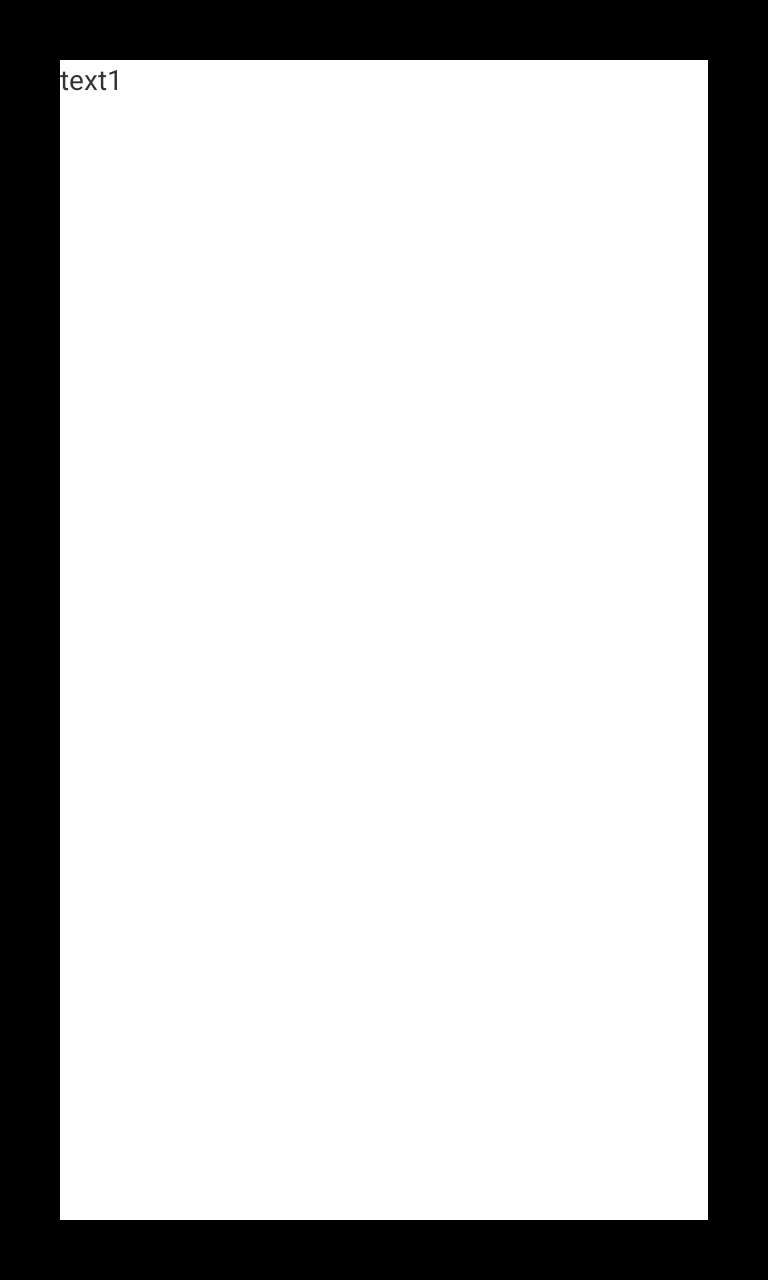
Repository: Minsu-Daniel-Kim/tipinboard1.0
Layout: FlipAnimation/res/layout/activity_main.xml
These files come from the project's save history. The layout is drawn as it stood at one moment and after a run of saves; the edit follows.
It is drawn on a 768 x 1280 px phone screen (xhdpi) without system bars, with theme AppTheme; the app's code is not run.

Above is the layout before, as saved 2013-04-16 07:28:45.

### FlipAnimation/res/layout/activity_main.xml
<ViewFlipper xmlns:android="http://schemas.android.com/apk/res/android"
    xmlns:tools="http://schemas.android.com/tools"
    android:id="@+id/viewFlipper"
    android:layout_width="fill_parent"
    android:layout_height="fill_parent"
    android:background="#000000"
    android:clickable="true"
    android:padding="30dp" >

    <TextView
        android:layout_width="fill_parent"
        android:background="#ffffff"
        android:layout_height="fill_parent"
        android:text="text1" />
   <TextView
        android:layout_width="fill_parent"
         android:background="#ff00ff"
        android:layout_height="fill_parent"
        android:text="text2" />
    <!-- <com.example.flipanimation.Fragment1 -->
    <!-- android:name="com.example.flipanimation.Fragment1" -->
    <!-- android:layout_width="fill_parent" -->
    <!-- android:layout_height="fill_parent" /> -->


    <!-- <com.example.flipanimation.Fragment2 -->
    <!-- android:name="com.example.flipanimation.Fragment1" -->
    <!-- android:layout_width="fill_parent" -->
    <!-- android:layout_height="fill_parent" /> -->

</ViewFlipper>

Loaded but not shown: FlipAnimation/res/values-v11/styles.xml (common file); FlipAnimation/res/values-v14/styles.xml (common file); FlipAnimation/res/values/styles.xml (common file)

After the next 3 saves:
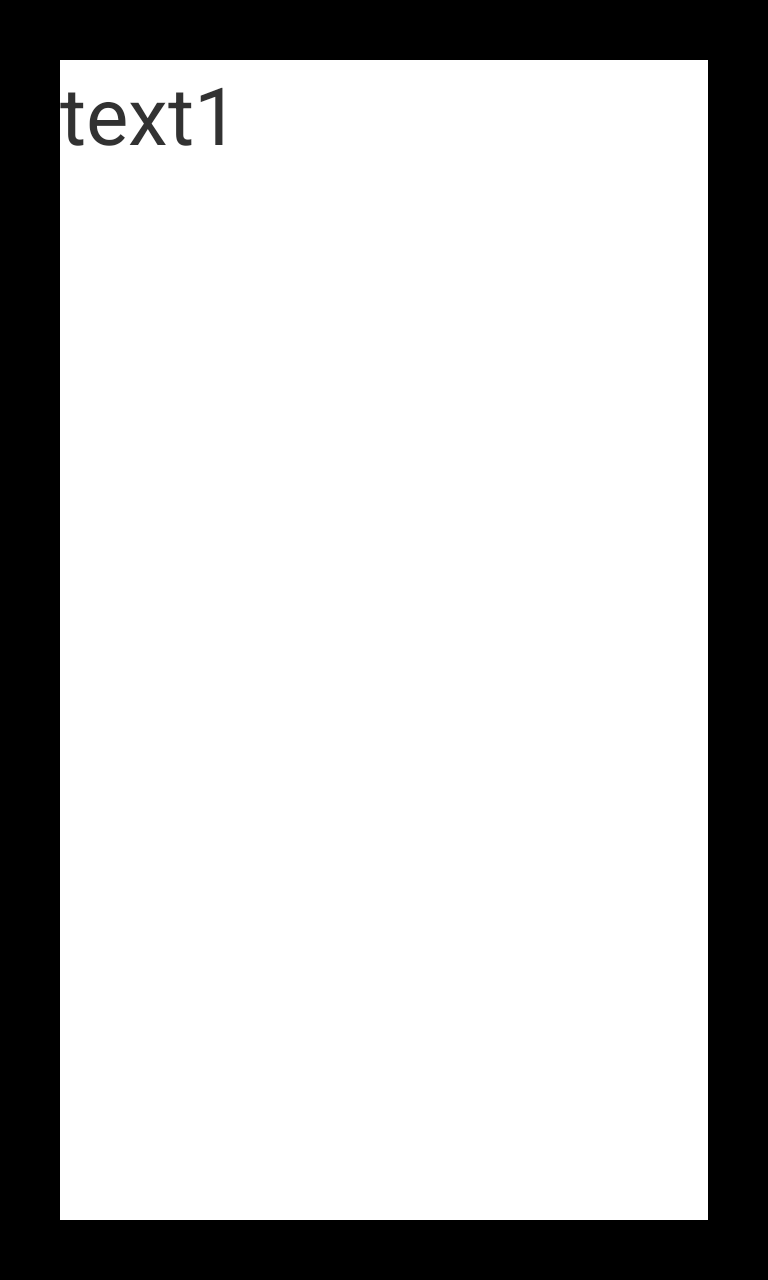
The 3 saves are shown as one change because they came seconds apart.
The last was saved 9 s later.
--- a/FlipAnimation/res/layout/activity_main.xml
+++ b/FlipAnimation/res/layout/activity_main.xml
@@ -9,14 +9,17 @@
 
     <TextView
         android:layout_width="fill_parent"
+        android:layout_height="fill_parent"
         android:background="#ffffff"
+        android:text="text1"
+        android:textSize="40dp" />
+
+    <TextView
+        android:layout_width="fill_parent"
         android:layout_height="fill_parent"
-        android:text="text1" />
-   <TextView
-        android:layout_width="fill_parent"
-         android:background="#ff00ff"
-        android:layout_height="fill_parent"
-        android:text="text2" />
+        android:background="#ff00ff"
+        android:text="text2"
+        android:textSize="40dp" />
     <!-- <com.example.flipanimation.Fragment1 -->
     <!-- android:name="com.example.flipanimation.Fragment1" -->
     <!-- android:layout_width="fill_parent" -->
